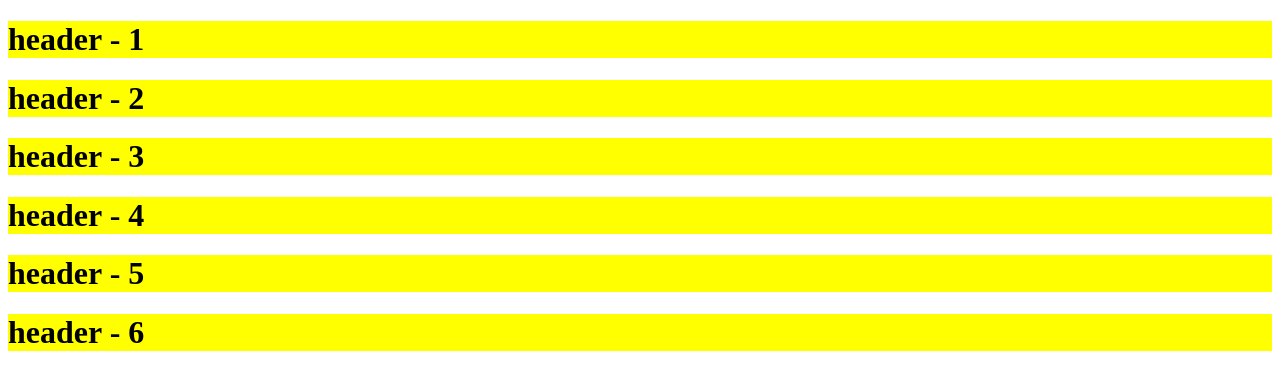
Repository: Junhee1412/front_end_practice
Page: jquery, bootstrap/js01_jquery/public/js08_addClass.html
An editor plug-in stored every save of this project. The page is shown before and after the next save, followed by the edit.
The browser window is 1280 px wide. The pictures show the whole page.

Above is the page before, as saved 2022-11-14 05:53:05.

### jquery, bootstrap/js01_jquery/public/js08_addClass.html
<!DOCTYPE html>
<html>
<head>
	<meta charset="UTF-8">
	<title>Insert title here</title>
		<script src="https://code.jquery.com/jquery-3.6.0.min.js"
    	integrity="sha256-/xUj+3OJU5yExlq6GSYGSHk7tPXikynS7ogEvDej/m4="
    	crossorigin="anonymous"></script>
    	<style>
    	.high-light{background-color:yellow;}
    	.high-light-1{background-color:yellow;}
    	.high-light-2{background-color:orange;}
    	.high-light-3{background-color:blue;}
    	.high-light-4{background-color:green;}
    	.high-light-5{background-color:red;}
    	.high-light-6{background-color:gray;}

    	</style>

	<script>
		$(function(){
			$('h1').addClass('high-light');
		});
	</script>
</head>
<body>
	<h1 class="high-light">header - 1</h1>
	<h1>header - 2</h1>
	<h1>header - 3</h1>
	<h1>header - 4</h1>
	<h1>header - 5</h1>
	<h1>header - 6</h1>
</body>
</html>

After the next save:
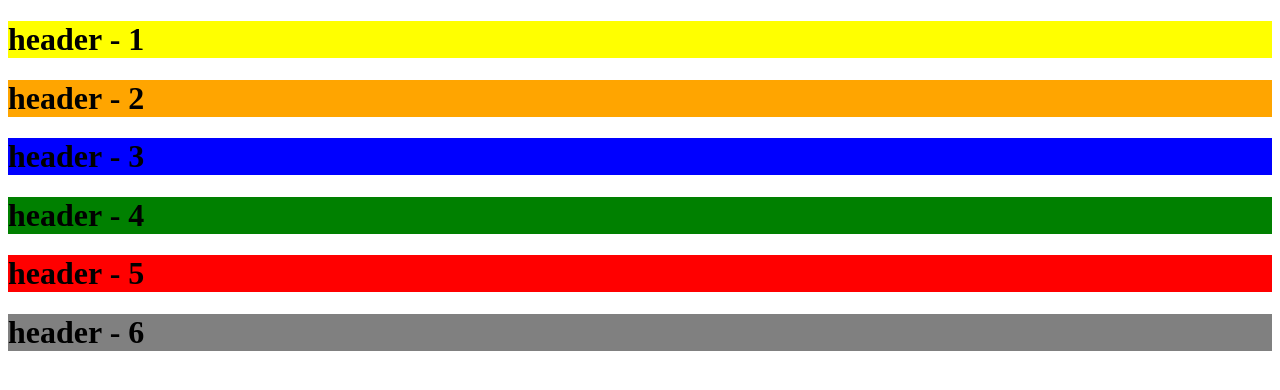
Saved 91 s later.
--- a/jquery, bootstrap/js01_jquery/public/js08_addClass.html
+++ b/jquery, bootstrap/js01_jquery/public/js08_addClass.html
@@ -19,7 +19,10 @@
 
 	<script>
 		$(function(){
-			$('h1').addClass('high-light');
+/* 			$('h1').addClass('high-light'); */
+ 			$('h1').addClass(function(index) {
+ 				return 'high-light-' + (index+1);
+ 			});
 		});
 	</script>
 </head>
